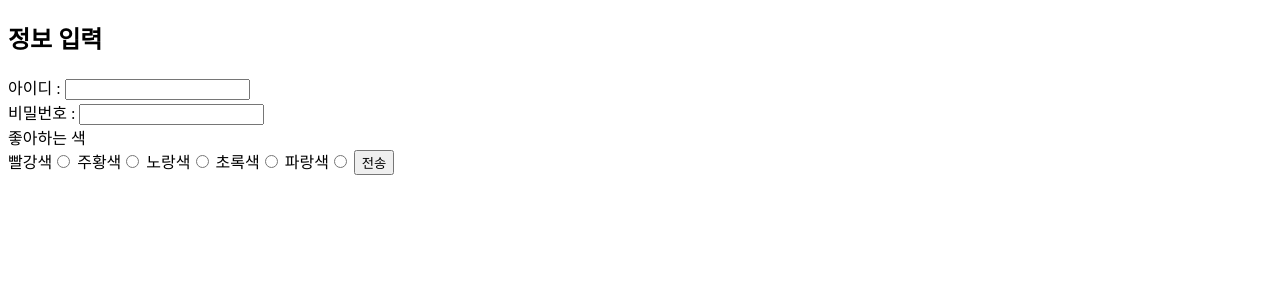
Repository: pq01pq/Education-IT_BANK
Page: http://localhost/0128/infoInput.jsp
An editor plug-in stored every save of this project. The page is shown before and after the next save, followed by the edit.
The browser window is 1280 px wide. The pictures show the whole page.
The page is served by Tomcat 9. Other server files are loaded and not shown.

Above is the page before, as saved 2021-02-03 05:40:17.

### JSP/ProjectServlet/0128/WebContent/infoInput.jsp
<%@ page language="java" contentType="text/html; charset=UTF-8"
    pageEncoding="UTF-8"%>
<!DOCTYPE html>
<html>
<head>
<meta charset="UTF-8">
<title>Insert title here</title>
</head>
<body>
	<h2>정보 입력</h2>
	<form action="infoForward.jsp" method="post">
		<label>아이디 : </label><input type="text" name="id"><br>
		<label>비밀번호 : </label><input type="password" name="password"><br>
		<label>좋아하는 색</label><br>
		빨강색<input type="radio" name="color" value="red">
		주황색<input type="radio" name="color" value="orange">
		노랑색<input type="radio" name="color" value="yellow">
		초록색<input type="radio" name="color" value="green">
		파랑색<input type="radio" name="color" value="blue">
		<input type="submit" value="전송">
	</form>
</body>
</html>

After the next save:
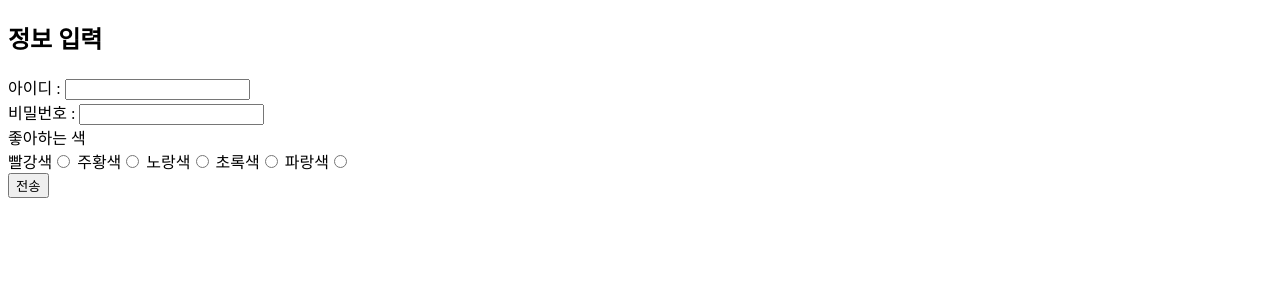
Saved 40 s later.
--- a/JSP/ProjectServlet/0128/WebContent/infoInput.jsp
+++ b/JSP/ProjectServlet/0128/WebContent/infoInput.jsp
@@ -16,7 +16,7 @@
 		주황색<input type="radio" name="color" value="orange">
 		노랑색<input type="radio" name="color" value="yellow">
 		초록색<input type="radio" name="color" value="green">
-		파랑색<input type="radio" name="color" value="blue">
+		파랑색<input type="radio" name="color" value="blue"><br>
 		<input type="submit" value="전송">
 	</form>
 </body>
